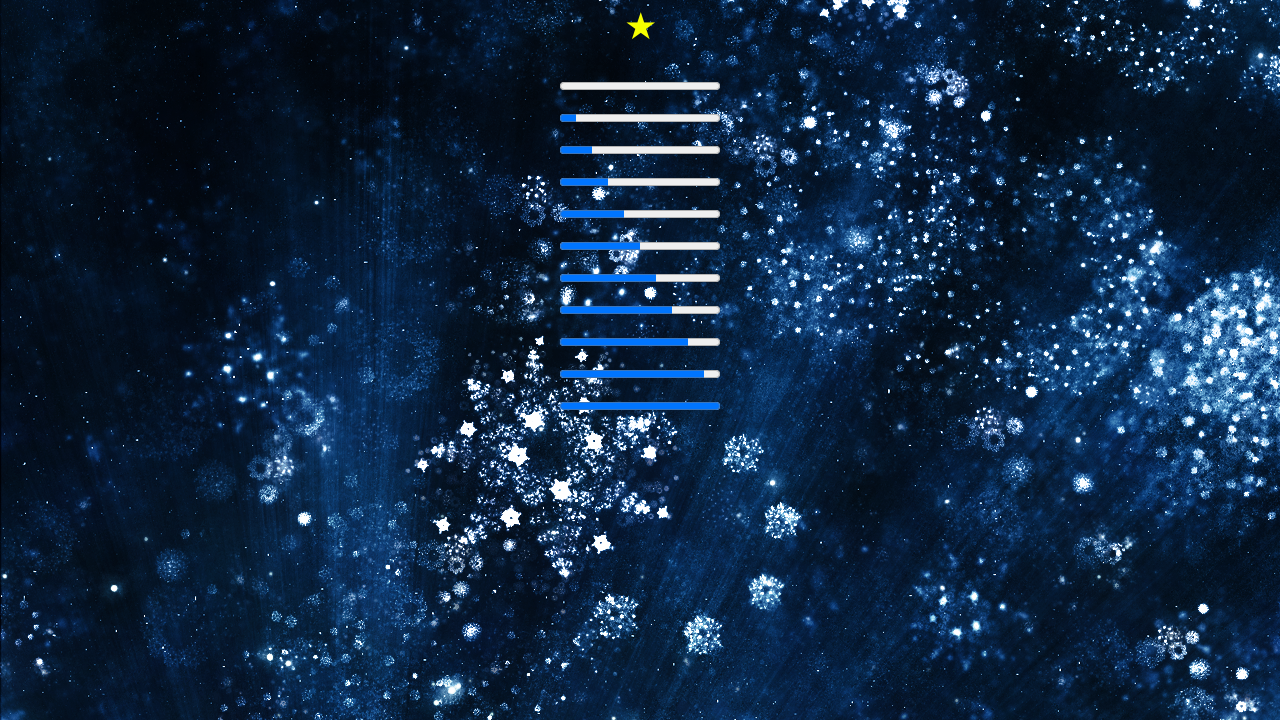
Repository: hanj291/hanj291.github.io
Page: CSS_composition/page5.html
The author's editor kept a record of every edit. The page is drawn from the files as they stood at one moment, then again after the next edit.
The browser window is 1280 px wide. The pictures show the whole page.

Above is the page before.

### CSS_composition/page5.html
<html>

	<head>
		<center>
		<h1><p style="color:#F6FF00">&#9733;</p></h1></a>
		<link href="page5css.css" rel="stylesheet">
	</head>
	<body>

		<p><progress value="0" max="100"></progress>
		<p><progress value="10" max="100"></progress>
		<p><progress value="20" max="100"></progress>
		<p><progress value="30" max="100"></progress>
		<p><progress value="40" max="100"></progress>
		<p><progress value="50" max="100"></progress>
		<p><progress value="60" max="100"></progress>
		<p><progress value="70" max="100"></progress>
		<p><progress value="80" max="100"></progress>
		<p><progress value="90" max="100"></progress>
		<p><progress value="100" max="100"></progress>

	</body>
</html>

### CSS_composition/page5css.css
body {
    background-image: url(image/snow.jpeg);
}
.qq {
    transform: rotate(30deg)
}

After the next edit:
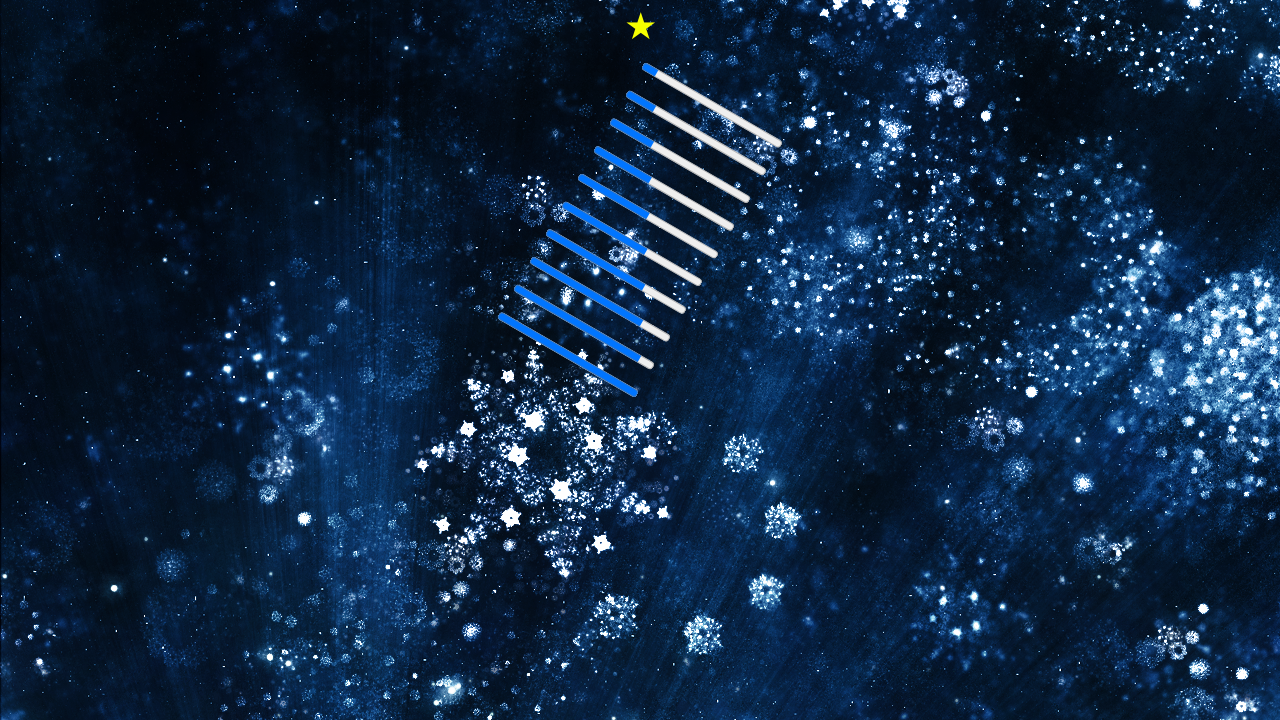
The edit:
--- a/CSS_composition/page5.html
+++ b/CSS_composition/page5.html
@@ -6,8 +6,7 @@
 		<link href="page5css.css" rel="stylesheet">
 	</head>
 	<body>
-
-		<p><progress value="0" max="100"></progress>
+		<div class=qq>
 		<p><progress value="10" max="100"></progress>
 		<p><progress value="20" max="100"></progress>
 		<p><progress value="30" max="100"></progress>
